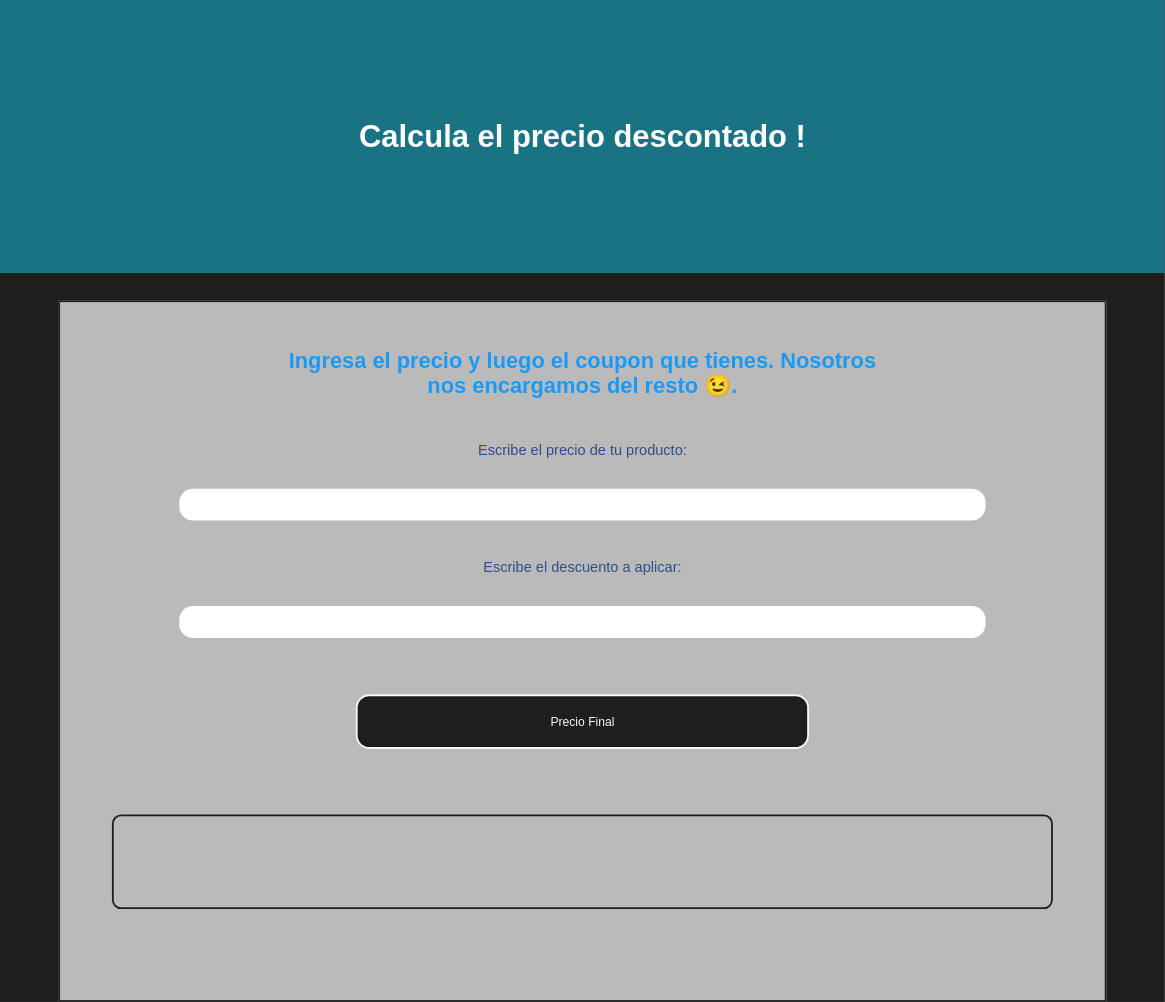
Repository: ChristianGecchelin/javascript-project
Page: javascript-project/descuentos y porcentajes/descuentos.html
The author's editor kept a copy of each file at every save. The page is drawn from the files as they stood at one save, then again after the next save.
The browser window is 1280 px wide. The pictures show the whole page, at 91% of full size.

Above is the page before, as saved 2021-12-05 18:46:46.

After the next save:
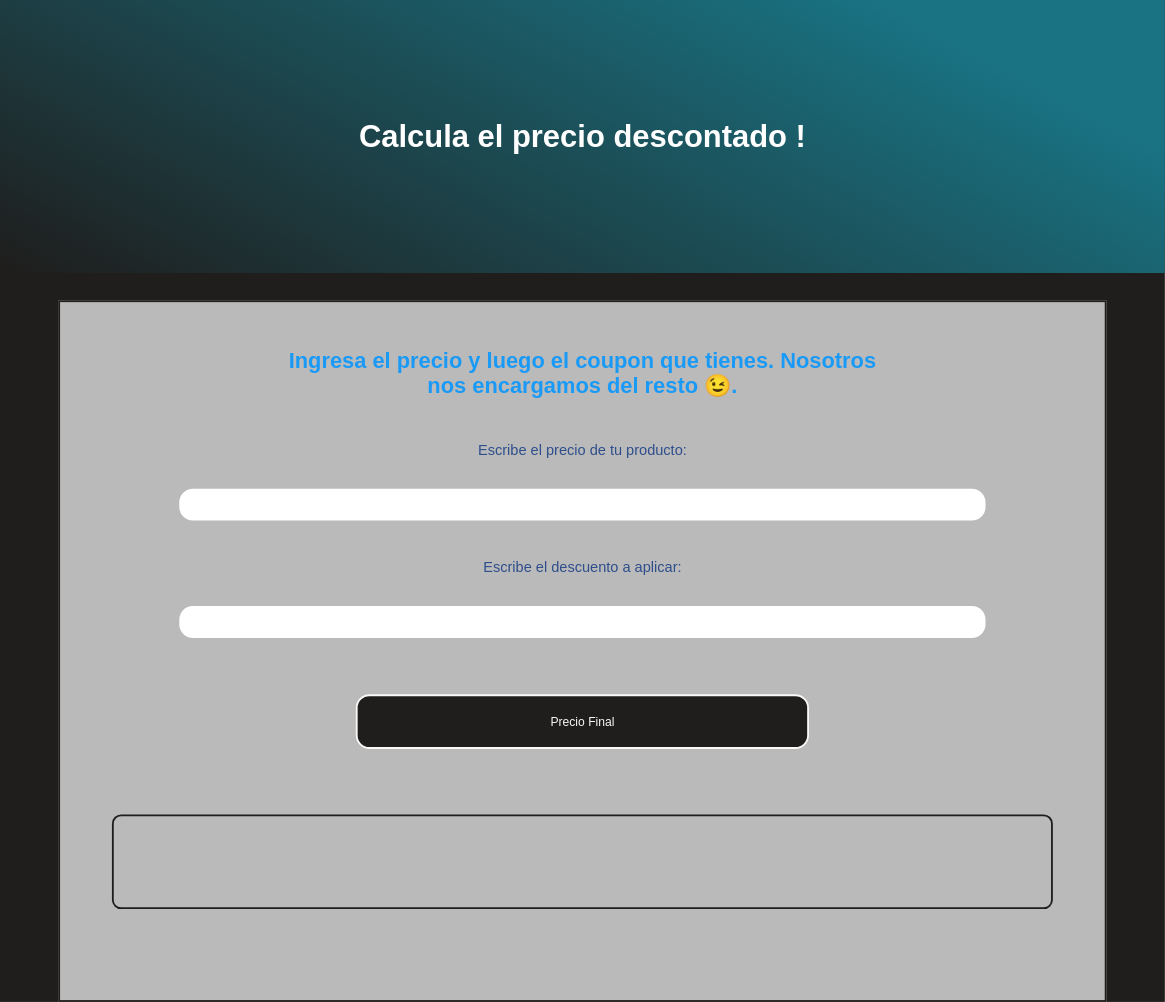
Saved 2 min 36 s later.
--- a/javascript-project/descuentos y porcentajes/style.css
+++ b/javascript-project/descuentos y porcentajes/style.css
@@ -30,7 +30,8 @@ header {
   min-width: 320px;
   height: 300px;
   text-align: center;
-  background: linear-gradient(207.8deg, #197383 100%, #1f1d1c 16.69%);
+  linear-gradient(207.8deg, #1f1d1c 16.69%, #197383 100%);
+  background: linear-gradient(207.8deg, #197383 16.69%, #1f1d1c 100%);
 }
 header .header--title-container {
   display: flex;
